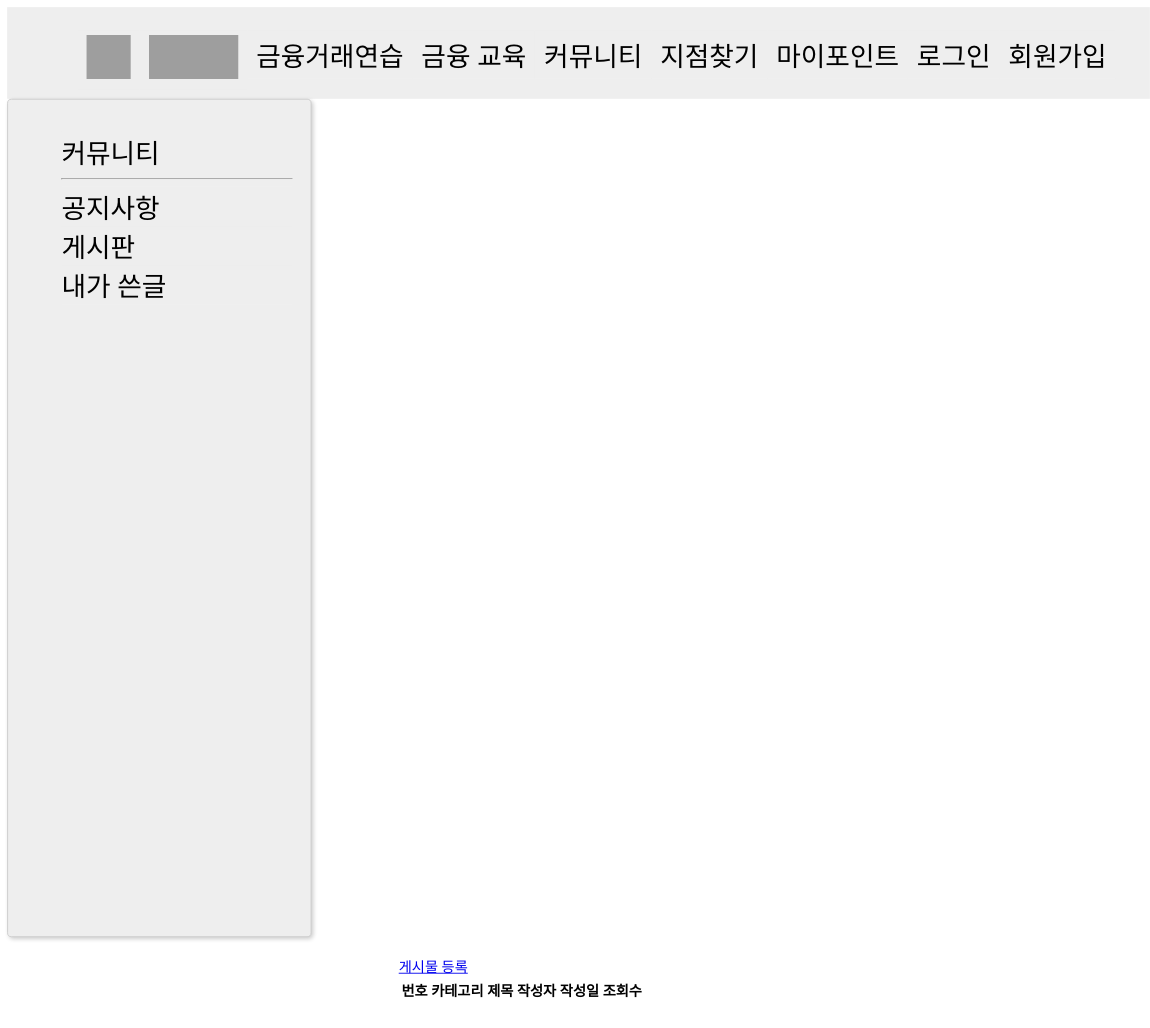
Repository: syc98syc/KB04_TeamProject
Page: http://localhost/jgig/WEB-INF/jsp/board/list.jsp
An editor plug-in stored every save of this project. The page is shown before and after the next save, followed by the edit.
The browser window is 1280 px wide. The page is 1292 px wide, so the pictures cover 1292 px, including what lies to the right of the window. The pictures show the whole page, at 89% of full size.
Pictures or frames that could not be fetched are drawn as grey boxes. The page is served by Tomcat 9. Nobody is signed in. Other server files are loaded and not shown. The template is opened directly, without the code that normally fills it, so the values that code supplies are empty.

Above is the page before, as saved 2023-09-06 05:12:49.

### jgig/src/main/webapp/WEB-INF/jsp/board/list.jsp
<%@ page language="java" contentType="text/html; charset=UTF-8"
    pageEncoding="UTF-8"%>
<%@ taglib uri="http://java.sun.com/jsp/jstl/core" prefix="c" %>
<!DOCTYPE html>
<html>
<head>
<meta charset="UTF-8">
<title>웹게시물 목록</title>
<style>
#content {
 	margin-left: 420px; /* 사이드바 너비 + 여백만큼 오른쪽으로 밀어줍니다. */
    flex-grow: 1; /* 남은 공간을 모두 차지하도록 설정 */
    background-color: #fff; /* 배경색 설정 */
    padding: 20px; /* 내부 여백 설정 */
}
</style>
</head>
<body>
<%@ include file="../include/top_navbar.jsp" %>
<%@ include file="../include/left_navbar.jsp" %>
<div id="content">
	<a href="/board_insert_form">게시물 등록</a> <br>
	<table>
		<tr>
		<th>번호</th>
		<th>카테고리</th>
		<th>제목</th>
		<th>작성자</th>
		<th>작성일</th>
		<th>조회수</th>
		<c:forEach items="${board_list}" var="brd">
		<tr>
			<td>${brd.brd_id }</td>
			<td>${brd.brd_category }</td>
			<td><a href="board_detail?no=${brd.brd_id}">${brd.title}</a></td>
			<td>${brd.mem_id }</td>
			<td>${brd.brd_date_created }</td>
			<td>${brd.brd_view }</td>
		</tr>
		</c:forEach>
	</table>
</div>
</body>
</html>

### jgig/src/main/webapp/WEB-INF/jsp/include/top_navbar.jsp
<%@ page language="java" contentType="text/html; charset=UTF-8"
    pageEncoding="UTF-8"%>
<!DOCTYPE html>
<html>
<head>
<meta charset="UTF-8">
<title>Insert title here</title>
<style>
/* 상단 메뉴 스타일 */
        #top-menu {
            background-color: #eee;
            color: #fff;
            padding: 10px;
            width: 100%;
             display: flex;
  justify-content: center;
        }


    #img1 {
		width: 7vmin;
		height: 7vmin;
	}


	#img2 {
		width: 14vmin;
		height: 7vmin;
	}

	#top-menu a {
    color: #000; /* 링크 글꼴 색상 설정 */
    text-decoration: none; /* 링크 밑줄 제거 */
}

	#top-menu ul{
		list-style: none;
	}
	#top-menu li{
		float: left;
		background: #eee;
		padding:5px 10px;
		font-size: 30px;
	}
</style>
</head>
<body>
	<div id = "top-menu">
		<nav>
				<ul>
					<li><img id="img1" src="resources/img/KB.png"></li>
					<li><img id="img2" src="resources/img/지금입금.png"></li>
					<li class="menu1"><a href="#">금융거래연습</a></li>
					<li class="menu2"><a href="#">금융 교육</a></li>
					<li class="menu3"><a href="#">커뮤니티</a></li>
					<li class="menu4"><a href="#">지점찾기</a></li>
					<li class="menu5"><a href="#">마이포인트</a></li>
					<li class="menu6"><a href="#">로그인</a></li>
					<li class="menu7"><a href="#">회원가입</a></li>
				</ul>
		</nav>
	</div>

</body>
</html>

### jgig/src/main/webapp/WEB-INF/jsp/include/left_navbar.jsp
<%@ page language="java" contentType="text/html; charset=UTF-8"
    pageEncoding="UTF-8"%>
<!DOCTYPE html>
<html>
<head>
<meta charset="UTF-8">
<title>Insert title here</title>
<style>
/* 좌측 사이드바 스타일 */
#sidebar {
    width: 300px; /* 박스 컨테이너의 너비 설정 */
    height: 900px; /* 박스 컨테이너의 높이 설정 */
    background-color: #eee; /* 배경색 설정 */
    color: #000; /* 글꼴 색상 설정 */
    padding: 20px; /* 내부 여백 설정 */
    border: 1px solid #ccc; /* 박스 컨테이너의 테두리 설정 */
    border-radius: 5px; /* 박스 컨테이너의 모서리를 둥글게 설정 */
    box-shadow: 2px 2px 5px rgba(0, 0, 0, 0.2); /* 그림자 효과 추가 */
    line-height: normal;
    display: inline-block;
    vertical-align: middle;
}

/* 좌측 사이드바 링크 스타일 */
#sidebar a {
    color: #000; /* 링크 글꼴 색상 설정 */
    text-decoration: none; /* 링크 밑줄 제거 */
}

/* 좌측 사이드바 링크 호버 스타일 */
#sidebar a:hover {
    text-decoration: underline; /* 호버 상태에서 밑줄 추가 */
}

/* 좌측 사이드바 제목 스타일 */
#sidebar h2 {
    font-size: 24px; /* 제목 글꼴 크기 설정 */
}
	ul{
		list-style: none;
	}
	li{
		display: block; /* 각 <li> 요소를 한 줄에 하나씩 표시 */
		background: #eee;
		font-size: 30px;
	}
</style>
</head>
<body>
	<div id = "sidebar">
		<nav>
				<ul>
					<li>커뮤니티</li> <hr>
					<li class="menu1"><a href="#">공지사항</a></li>
					<li class="menu2"><a href="#">게시판</a></li>
					<li class="menu3"><a href="#">내가 쓴글</a></li>
				</ul>
		</nav>
	</div>

</body>
</html>

After the next save:
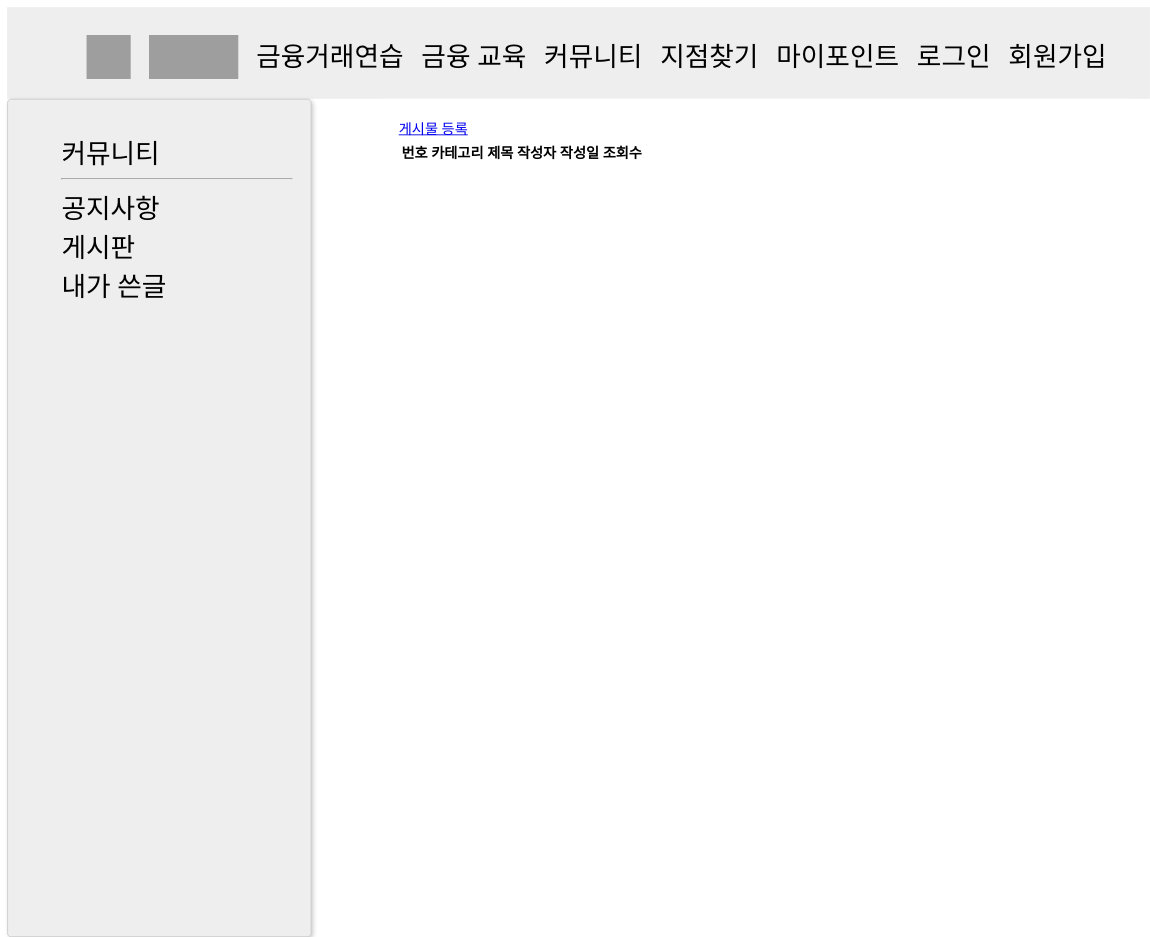
Saved 9 min 17 s later.
--- a/jgig/src/main/webapp/WEB-INF/jsp/include/left_navbar.jsp
+++ b/jgig/src/main/webapp/WEB-INF/jsp/include/left_navbar.jsp
@@ -19,6 +19,7 @@
     line-height: normal;
     display: inline-block;
     vertical-align: middle;
+    float: left; /*왼쪽에 떠있게*/
 }
 
 /* 좌측 사이드바 링크 스타일 */
